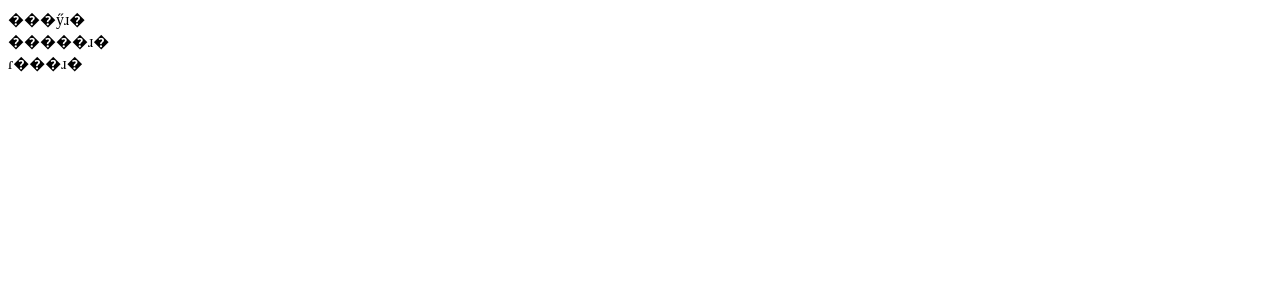
Repository: ZxxWs/P_M_learn
Page: http://localhost/
An editor plug-in stored every save of this project. The page is shown before and after the next save, followed by the edit.
The browser window is 1280 px wide. The pictures show the whole page.
The page is run by PHP 8.4 with error messages shown; the project is at /var/www/html/.

Above is the page before, as saved 2019-03-11 09:06:17.

### Mysql_learn/index.php
<?php

//MySQL在PHP中的方法：mysqli_function(value,value1....)

//************************************************************
//连接MySQL：
$host='localhost:3306';                    //可选，主机名|IP
$username='root';          //可选，MySQL用户名
$password;          //可选，MySQL密码
$dbname;            //可选，默认数据库
$port;                  //端口号
$socket;            //规定socket
$conn=mysqli_connect($host,$username);
//mysqli_close($link);//关闭与于数据库的连接
if($conn)
    echo "连接成功";
echo "<br />";

//************************************************************

//创建数据库
$create="create database phpcreat";
$createdatabase=mysqli_query($conn, $create);
if($createdatabase)
    echo "创建成功";
echo "<br />";

//删除数据库
$drop="drop database phpcreat";
$drop=mysqli_query($conn, $drop);
if($drop)
    echo "删除成功";
echo "<br />";

After the next save:
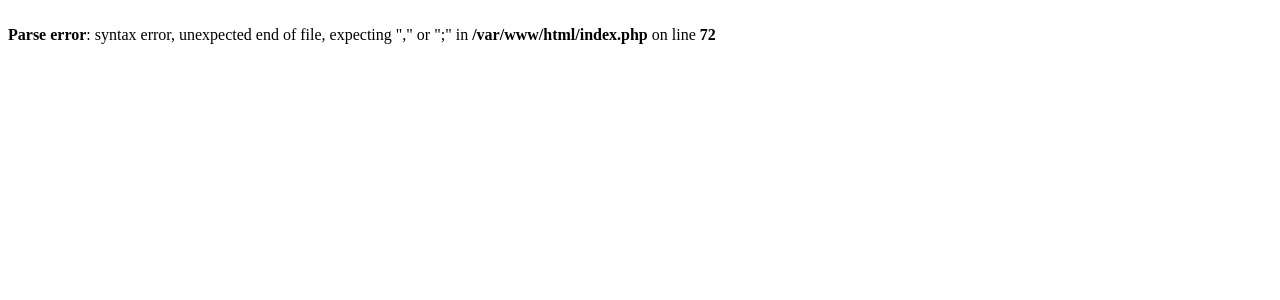
Saved 3 min 35 s later.
--- a/Mysql_learn/index.php
+++ b/Mysql_learn/index.php
@@ -17,7 +17,6 @@
 echo "<br />";
 
 //************************************************************
-
 //创建数据库
 $create="create database phpcreat";
 $createdatabase=mysqli_query($conn, $create);
@@ -31,3 +30,12 @@
 if($drop)
     echo "删除成功";
 echo "<br />";
+
+
+//************************************************************
+//选择数据库
+$dbname="test";
+$select=mysqli_select_db($conn, $dbname);
+if($select)
+    echo "选择成功";
+echo "<br />"

After the save that followed:
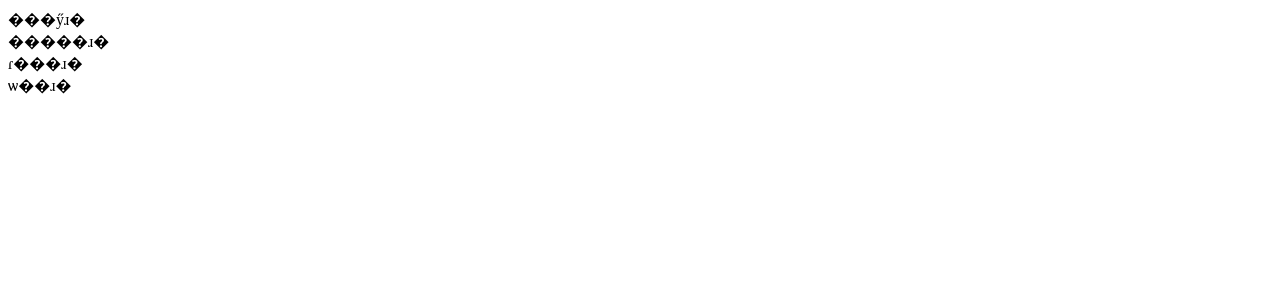
Saved 14 s later.
--- a/Mysql_learn/index.php
+++ b/Mysql_learn/index.php
@@ -38,4 +38,4 @@
 $select=mysqli_select_db($conn, $dbname);
 if($select)
     echo "选择成功";
-echo "<br />"
+echo "<br />";
